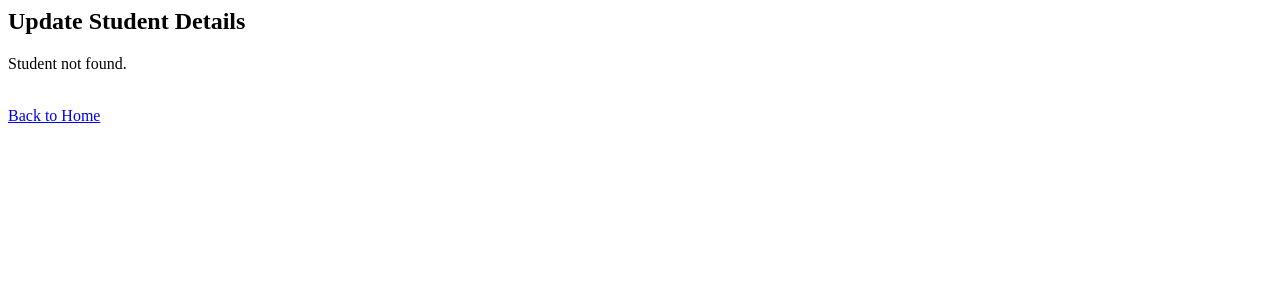
Repository: Keerthana2M/Hostel-Management-system
Page: http://localhost/Hostelweb/studentupdate.jsp
The author's editor kept a copy of each file at every save. The page is drawn from the files as they stood at one save, then again after the next save.
The browser window is 1280 px wide. The pictures show the whole page.
The page is served by Tomcat 9. Other server files are loaded and not shown.

Above is the page before, as saved 2025-05-28 12:53:49.

### Hostelweb/src/main/webapp/studentupdate.jsp
<%@ page language="java" contentType="text/html; charset=UTF-8" pageEncoding="UTF-8"%>
<%@ page import="com.model.student" %>
<%@ page import="com.dao.HostelDAO" %>

<%
  String idParam = request.getParameter("id");
  student student = null;

  if (idParam != null) {
    int id = Integer.parseInt(idParam);
    HostelDAO dao = new HostelDAO();
    student = dao.getStudentById(id);
  }
%>

<html>
<head>
  <title>Update Student</title>
</head>
<body>
<h2>Update Student Details</h2>

<%
  if (student != null) {
%>
<form action="UpdateStudentServlet" method="post">
  <input type="hidden" name="id" value="<%= student.getId() %>">

  <label for="name">Student Name:</label><br>
  <input type="text" name="name" value="<%= student.getName() %>" required><br><br>

  <label for="roomNumber">Room Number:</label><br>
  <input type="text" name="roomNumber" value="<%= student.getRoomNumber() %>" required><br><br>

  <label for="admissionDate">Admission Date (YYYY-MM-DD):</label><br>
  <input type="date" name="admissionDate" value="<%= student.getAdmissionDate() %>" required><br><br>

  <label for="feesPaid">Fees Paid:</label><br>
  <input type="number" step="0.01" name="feesPaid" value="<%= student.getFeesPaid() %>" required><br><br>

  <label for="pendingFees">Pending Fees:</label><br>
  <input type="number" step="0.01" name="pendingFees" value="<%= student.getPendingFees() %>" required><br><br>

  <input type="submit" value="Update Student">
</form>
<% } else { %>
<p>Student not found.</p>
<% } %>

<br>
<a href="index.jsp">Back to Home</a>
</body>
</html>

After the next save:
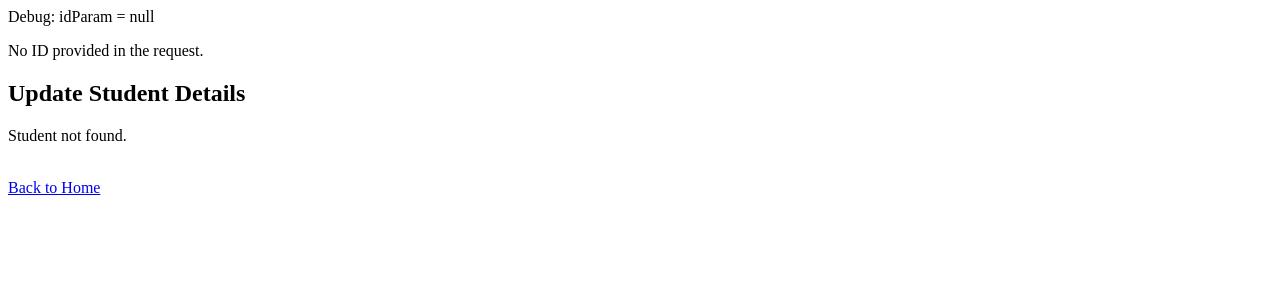
Saved 10 min 27 s later.
--- a/Hostelweb/src/main/webapp/studentupdate.jsp
+++ b/Hostelweb/src/main/webapp/studentupdate.jsp
@@ -6,10 +6,23 @@
   String idParam = request.getParameter("id");
   student student = null;
 
+  out.println("<p>Debug: idParam = " + idParam + "</p>");
+
   if (idParam != null) {
     int id = Integer.parseInt(idParam);
     HostelDAO dao = new HostelDAO();
-    student = dao.getStudentById(id);
+    try {
+      student = dao.getStudentById(id);
+      if (student == null) {
+        out.println("<p>No student found for ID " + id + "</p>");
+      } else {
+        out.println("<p>Student found: " + student.getName() + "</p>");
+      }
+    } catch (Exception e) {
+      out.println("<p>Error retrieving student: " + e.getMessage() + "</p>");
+    }
+  } else {
+    out.println("<p>No ID provided in the request.</p>");
   }
 %>
 
